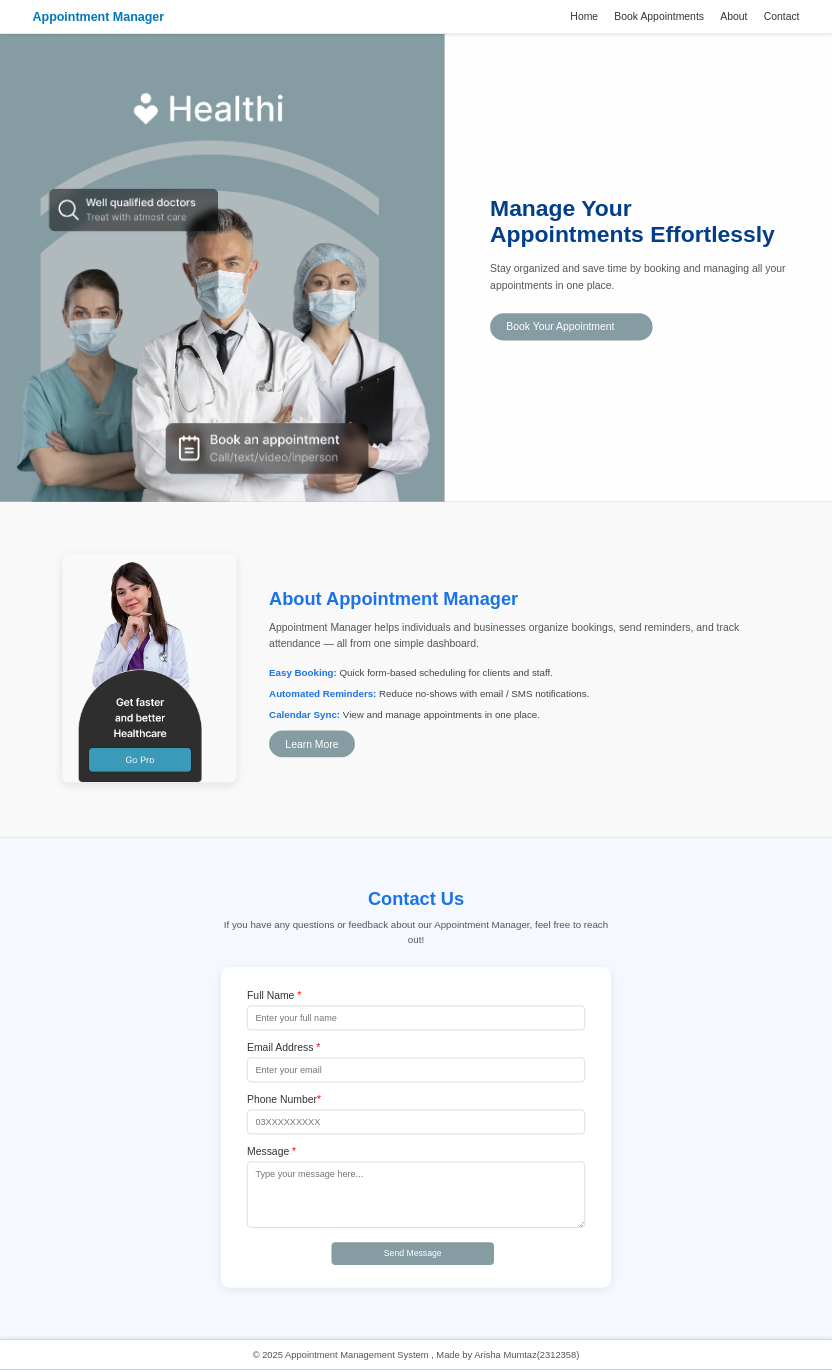
Repository: Arisha004/Hospital-Appointment-Management-System
Page: landingpage.html
These files come from the project's save history. The page is drawn as it stood at one moment and after the next save; the edit follows.
The browser window is 1280 px wide. The pictures show the whole page, at 65% of full size.

Above is the page before, as saved 2025-10-24 15:33:07.

After the next save:
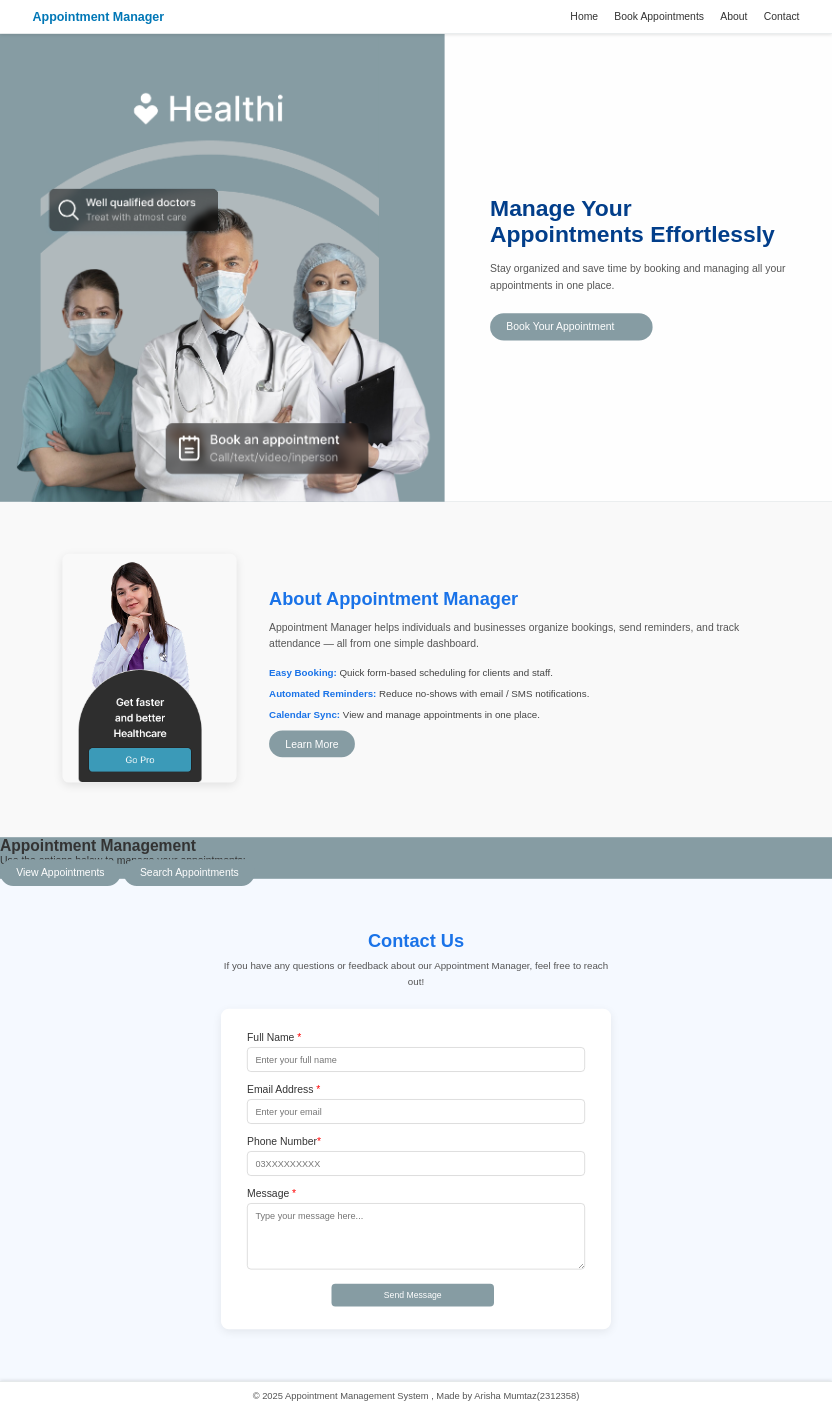
Saved 4 s later.
--- a/landingpage.html
+++ b/landingpage.html
@@ -50,6 +50,17 @@
       </div>
     </div>
   </section>
+  <section>
+    <div class="crudoperations">
+      <h2>Appointment Management</h2>
+      <p>Use the options below to manage your appointments:</p>
+      <div class="buttons">
+        <a href="list.php" class="btn">View Appointments</a>
+        <a href="searching.php" class="btn">Search Appointments</a>
+      </div>
+    </div>
+  </section>
+
   <section id="contact" class="contact">
     <div class="container contact-inner">
       <h2>Contact Us</h2>
